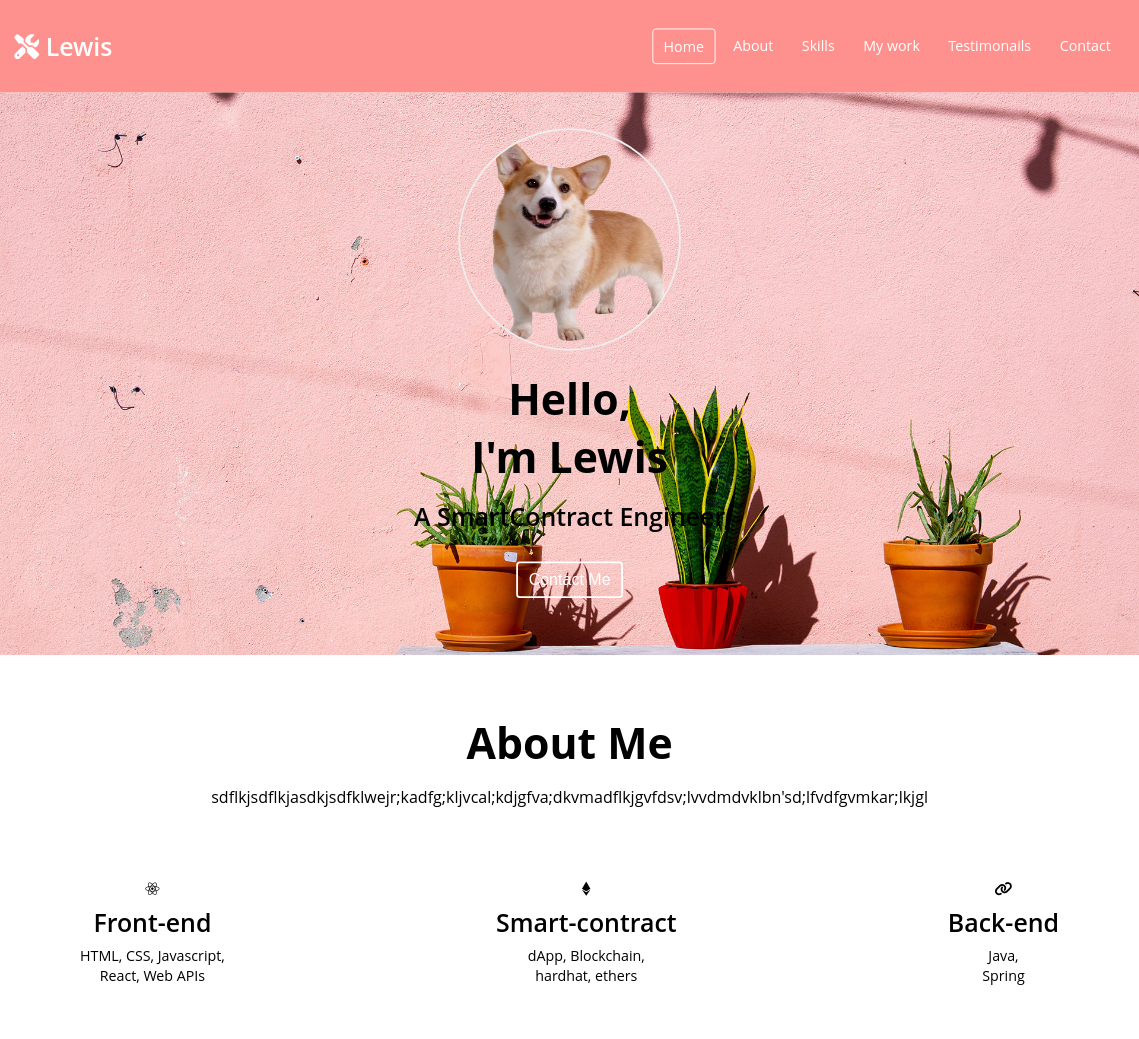
Repository: woojinShim/woojinShim.github.io
Page: index.html
The author's editor kept a copy of each file at every save. The page is drawn from the files as they stood at one save, then again after the next save.
The browser window is 1280 px wide. The pictures show the part of the page from y = 0 to 1167 px (the page is 7162 px tall before and 7310 px after), at 89% of full size.
A picture or video elsewhere on the page could not be fetched, so the positions and the page height are approximate. Some web libraries are served in a nearby version.

Above is the page before, as saved 2022-03-08 19:06:03.

### index.html
<!DOCTYPE html>
<html lang="en">
<head>
    <meta charset="UTF-8">
    <meta http-equiv="X-UA-Compatible" content="IE=edge">
    <meta name="viewport" content="width=device-width, initial-scale=1.0">
    <title>Document</title>
    <script
      src="https://kit.fontawesome.com/9eb162ac0d.js"
      crossorigin="anonymous"
    ></script>
    <style>
        @import url('https://fonts.googleapis.com/css2?family=Noto+Sans+KR:wght@100;400;700&display=swap');
        </style>
    <link rel="icon" type="image/png" href="img/favicon.png" />
    <link rel="stylesheet" href="style.css">
    <script scr="main.js"></script>
</head>
<body>
    <!-- Navbar -->
    <nav id="navbar">
        <div class="navbar__logo">
            <i class="fas fa-tools"></i>
            <a href="#">Lewis</a>
        </div>
        <ul class="navbar__menu">
            <li class="navbar__menu__item active">Home</li>
            <li class="navbar__menu__item">About</li>
            <li class="navbar__menu__item">Skills</li>
            <li class="navbar__menu__item">My work</li>
            <li class="navbar__menu__item">Testimonails</li>
            <li class="navbar__menu__item">Contact</li>
        </ul>
    </nav>
    <!-- Home -->
    <section id="home">
        <img src="img/puppy.png" alt="Lewis's photo" class="home__avator">
        <h1 class="home__title">Hello, <br/>I'm Lewis</h1>
        <h2 class="home__descrition">A SmartContract Engineer</h2>
        <button class="home__contact">Contact Me</button>
    </section>
    <!-- About -->
    <section id="about" class="section">
        <h1>About Me</h1>
        <p>sdflkjsdflkjasdkjsdfklwejr;kadfg;kljvcal;kdjgfva;dkvmadflkjgvfdsv;lvvdmdvklbn'sd;lfvdfgvmkar;lkjgl</p>
        <div class="about__majors">
            <div class="major">
                <div class="major__icon"><i class="fab fa-react"></i></div>
                <h2 class="major__title">Front-end</h2>
                <div class="major__description">HTML, CSS, Javascript,
                    <br /> React, Web APIs
                </div>
            </div>
            <div class="major">
                <div class="major__icon"><i class="fab fa-ethereum"></i></div>
                <h2 class="major__title">Smart-contract</h2>
                <div class="major__description">dApp, Blockchain,
                    <br /> hardhat, ethers
                </div>
            </div>
            <div class="major">
                <div class="major__icon"><i class="fas fa-link"></i></i></div>
                <h2 class="major__title">Back-end</h2>
                <div class="major__description">Java,
                    <br /> Spring
                </div>
            </div>
        </div>





        <div class="about__jobs">
            <div class="job">
                <img src="img/puupy.png" alt="puupy">
            </div>
            <div class="job"></div>
        </div>
    </section>
    <!-- Skills -->
    <section id="skills" class="section">
        <h1>Skills</h1>
        <h2>skills $ Attribute</h2>
        <p>
            sdjsfdldsfjsdffvmslkjdfgksjdsdsdvkkfghalkvsdlaskkjrsdjlkdskflksjdlja
            sdfkdfvlskvglkkcjkdjckwebkosdkvlkwekelkfsdjlkldfkskdfg
            sdlkbdflnsldkfgkfsdfkdksvj
        </p>
        <div class="skillset">
            <div class="skillset__left">
                <h3 class="skillset__title">Skills</h3>
                <div class="skills">
                    <div class="skill_description">
                        <span>HTML</span>
                        <span>99%</span>
                    </div>
                    <div class="skill_description">
                        <span>CSS</span>
                        <span>90%</span>
                    </div>
                    <div class="skill_description">
                        <span>JavaScript</span>
                        <span>94%</span>
                    </div>
                    <div class="skill_description">
                        <span>Solidity</span>
                        <span>93%</span>
                    </div>
                    <div class="skill_description">
                        <span>Java</span>
                        <span>90%</span>
                    </div>

                </div>
            </div>
            <div class="skillset__right">
                <div class="tools">
                    <h3 class="skillset__title">Tools</h3>
                    <ul class="tools__list">
                        <li class="span">Visual Studio Code</li>
                        <li class="span">IntelliJ</li>
                        <li class="span">Slack</li>
                        <li class="span">Notion</li>
                        <li class="span">Photoshop</li>
                    </ul>
                </div>
                <div class="etc">
                    <h3 class="skillset__title">Etc</h3>
                    <ul class="etc__list">
                        <li><span>Git</span></li>
                        <li><span>Math</span></li>
                        <li><span>Design</span></li>
                    </ul>
                </div>
            </div>
        </div>
    </section>
    <!-- Work -->
    <section id="work" class="section">
        <h1>My Work</h1>
        <h3>Projects</h3>
        <div class="work__catagories">
            <button class="catagory__btn">All<span class="category__count">3</span></button>
            <button class="catagory__btn">Front-end<span class="category__count">6</span></button>
            <button class="catagory__btn">Back-end<span class="category__count">5</span></button>
            <button class="catagory__btn">Blockchain<span class="category__count">7</span></button>
        </div>

        <div class="work__projects">
            <a href="https://naver.com" class="project" target="blank">
                <img class="project__img" src="img/jin.png" alt="YouTube" />
                <div class="project__description">
                    <h3>Naver Site</h3>
                    <span>Clone Naver</span>
                </div>
            </a>
        </div>
        <div class="work__projects">
            <a href="https://naver.com" class="project" target="blank">
                <img class="project__img" src="img/jin.png" alt="YouTube" />
                <div class="project__description">
                    <h3>Naver Site</h3>
                    <span>Clone Naver</span>
                </div>
            </a>
        </div>
        <div class="work__projects">
            <a href="https://naver.com" class="project" target="blank">
                <img class="project__img" src="img/le.png" alt="YouTube" />
                <div class="project__description">
                    <h3>Naver Site</h3>
                    <span>Clone Naver</span>
                </div>
            </a>
        </div>
        <div class="work__projects">
            <a href="https://naver.com" class="project" target="blank">
                <img class="project__img" src="img/shim.png" alt="YouTube" />
                <div class="project__description">
                    <h3>Naver Site</h3>
                    <span>Clone Naver</span>
                </div>
            </a>
        </div>
        <div class="work__projects">
            <a href="https://naver.com" class="project" target="blank">
                <img class="project__img" src="img/yes.jfif" alt="YouTube" />
                <div class="project__description">
                    <h3>Naver Site</h3>
                    <span>Clone Naver</span>
                </div>
            </a>
        </div>
        <div class="work__projects">
            <a href="https://naver.com" class="project" target="blank">
                <img class="project__img" src="img/woo.png" alt="YouTube" />
                <div class="project__description">
                    <h3>Naver Site</h3>
                    <span>Clone Naver</span>
                </div>
            </a>
        </div>
    </section>
    <!-- testimonails -->
    <section id="testimonials" class="section">
        <h1>Testimonials</h1>
        <h3>See what they say about me</h3>
        <div class="testimonials">
            <div class="testimonial">
                <img src="img/man.jpg" alt="" class="testimonial__avator">
                <div class="testimonial__speech-bubble">
                    <p>
                        sdvkdfdfmvkdlkjtkfknsvkdnfgckvdkvkjvbdfgkkjsdkvjskjcvrngksdmcsdkck
                    </p>
                    <p class="name"><a href="">Lewis</a></p>
                </div>
            </div>
            <div class="testimonial">
                <img src="img/man.jpg" alt="" class="testimonial__avator">
                <div class="testimonial__speech-bubble">
                    <p>
                        sdvkdfdfmvkdlkjtkfknsvkdnfgckvdkvkjvbdfgkkjsdkvjskjcvrngksdmcsdkck
                    </p>
                    <p class="name"><a href="">Lewis</a></p>
                </div>
            </div>
        </div>
    </section>
    <!-- contact -->
    <section id="contact" class="section">
        <h1 class="contact__title">Let's talk</h1>
        <h2 class="contact__email">dream.coder@gmail.com</h2>
        <div class="contact__links">
            <a href="http://google.com" target="blank">
                <i class="fa-brands fa-github"></i>
            </a>
            <a href="http://google.com" target="blank">
                <i class="fa-brands fa-linkedin"></i>
            </a>
        </div>
        <p class="contact__rights">Dream coming - All Right Reserved.</p>
    </section>

</body>
</html>

### style.css
:root {
  /* Color */
  --color-white: #ffffff;
  --color-light-white: #eeeeee;
  --color-dark-white: #bdbdbd;
  --color-pink: #fe918d;
  --color-dark-pink: #ff6863;
  --color-black: #4d4d4d;
  --color-dark-grey: #4d4d4d;
  --color-grey: #616161;
  --color-light-grey: #7c7979;
  --color-blue: #73aace;
  --color-yellow: #fff7d1;
  --color-orange: #feb546;
  --color-black: #000000;

  /* Font size */
  --font-large: 48px;
  --font-medium: 28px;
  --font-regular: 18px;
  --font-small: 16px;
  --font-micro: 14px;

  /* Font weight */
  --weight-bold: 700;
  --weight-semi-bold: 600;
  --weight-regular: 400;

  /* Size */
  --size-border-radius: 4px;

  /* Annimation */
  --animation-duration: 300ms;
}

/* Universal tags */
* {
  box-sizing: border-box;
}

body {
  font-family: "Open Sans", sans-serif;
  margin: 0;
  cursor: default;
}

a {
  text-decoration: none;
  color: var(--color-white);
}

ul {
  list-style: none;
  padding-left: 0;
}

li {
  list-style: none;
}

button {
  background-color: transparent;
  cursor: pointer;
  border: none;
  outline: none;
}

/* Typography */
h1 {
  font-size: var(--font-large);
  font-weight: var(--weight-bold);
  color: var(--color-black);
  margin: 16px 0px;
}

h2 {
  font-size: var(--font-medium);
  font-weight: var(--weight-semi-bold);
  color: var(--color-black);
  margin: 8px 0;
}

h3 {
  font-size: var(--font-regular);
  font-weight: var(--font-regular);
  color: var(--color-black);
  margin: 8px 0;
}

p {
  font-size: var(--font-regular);
  font-weight: var(--font-regular);
  color: var(--color-black);
  margin: 4px 0;
}

/* Navbar */
#navbar {
  display: flex;
  justify-content: space-between;
  align-items: center;
  padding: 16px;
  background-color: var(--color-pink);
}

.navbar__logo {
  font-size: var(--font-medium);
  font-weight: var(--weight-semi-bold);
  color: white;
}

.navbar__menu {
  display: flex;
}

.navbar__menu__item {
  padding: 8px 12px;
  margin: 0 4px;
  color: var(--color-white);
  cursor: pointer;
  border-radius: var(--size-border-radius);
}

.navbar__menu__item.active {
  border: 1px solid var(--color-white);
}

.navbar__menu__item:hover {
  background-color: var(--color-dark-pink);
  border-radius: 4px;
}

/* Home */
#home {
  background: url("img/Level.jpg") center/cover no-repeat;
  padding: 40px;
  text-align: center;
}

.home__avator {
  width: 250px;
  height: 250px;
  border-radius: 50%;
  border: 2px solid var(--color-light-white);
}

.home__contact {
  color: var(--color-white);
  font-size: var(--font-regular);
  font-weight: var(--weight-regular);
  margin: 24px;
  padding: 8px 12px;
  border: 2px solid var(--color-white);
  border-radius: var(--size-border-radius);
}

/* Section common */
.section {
  padding: 50px;
  text-align: center;
  max-width: 1200px;
  margin: auto;
}

.about__majors {
  display: flex;
  justify-content: space-between;
  margin: 80px 0;
}

After the next save:
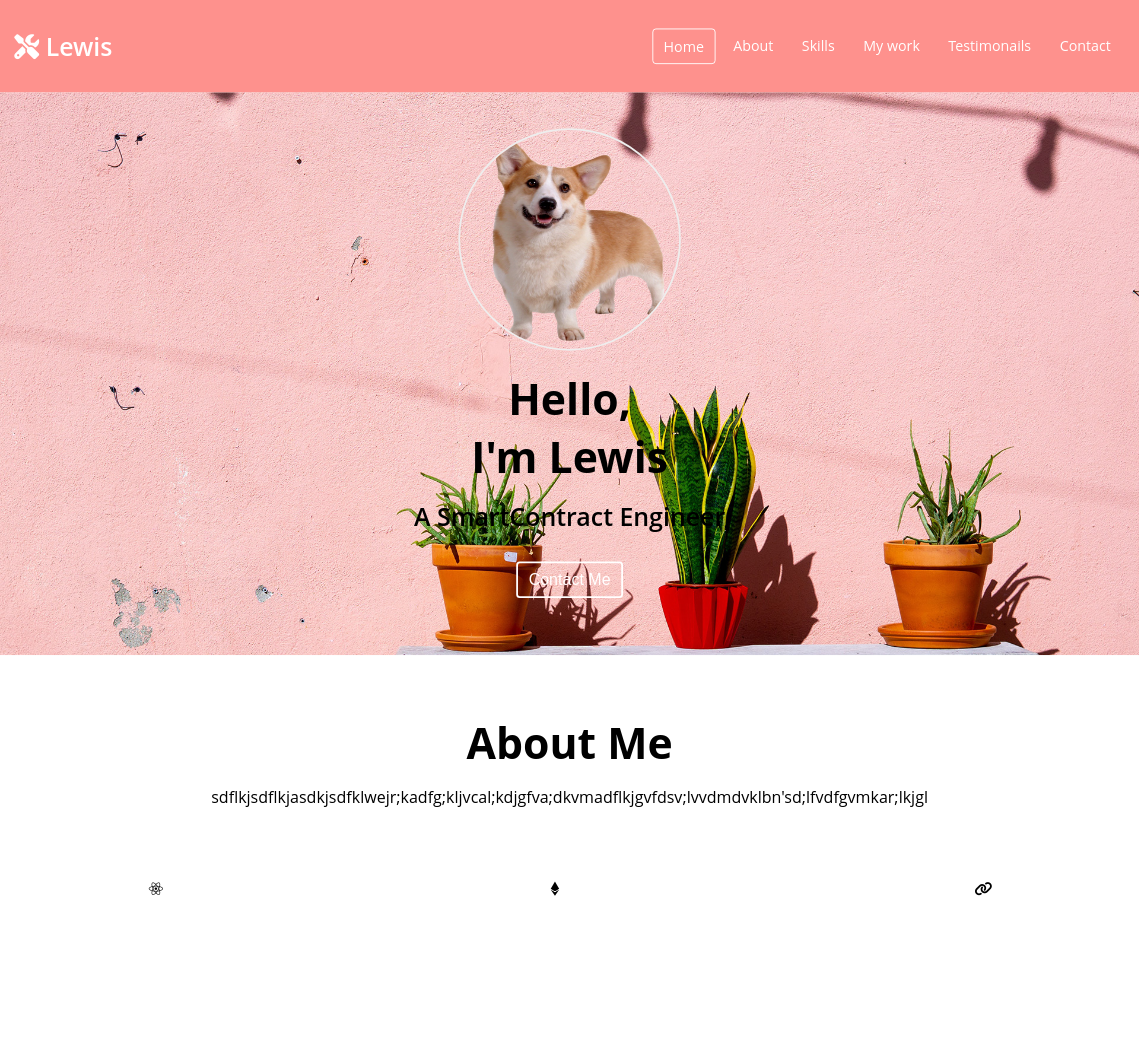
Saved 42 s later.
--- a/style.css
+++ b/style.css
@@ -167,3 +167,8 @@
   justify-content: space-between;
   margin: 80px 0;
 }
+
+.major__icon {
+  width: 170px;
+  height: 170px;
+}
